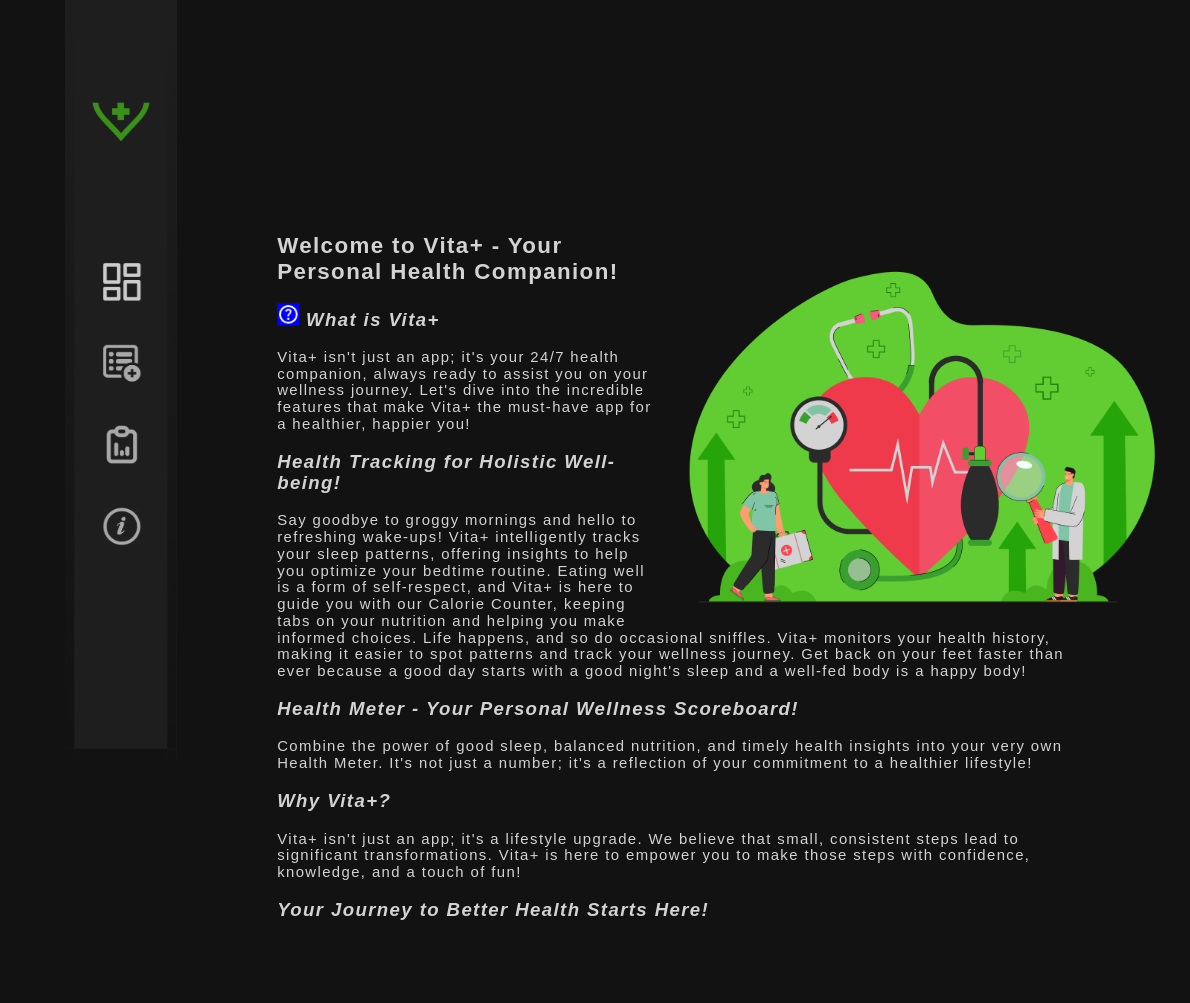
Repository: mhmd-bilal/health-analytics-dashboard
Page: http://localhost/project/info.jsp
These files come from the project's save history. The page is drawn as it stood at one moment and after the next save; the edit follows.
The browser window is 1280 px wide. The pictures show the whole page, at 93% of full size.
Some web fonts or font styles are not loaded; a fallback is used. Some web libraries are served in a nearby version. The page is served by Tomcat 10.

Above is the page before, as saved 2023-12-06 13:38:12.

After the next save:
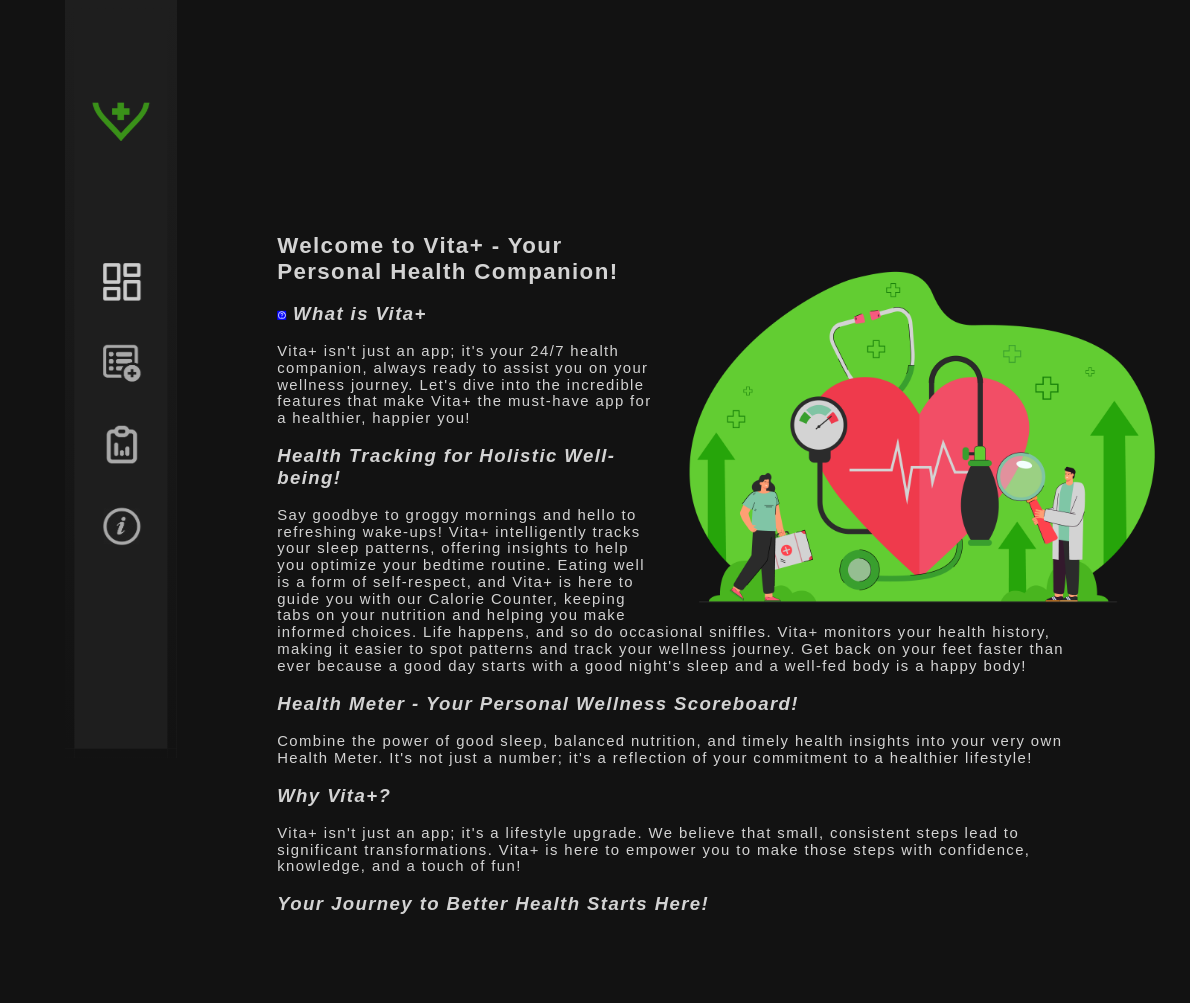
Saved 27 s later.
--- a/project/src/main/webapp/info.jsp
+++ b/project/src/main/webapp/info.jsp
@@ -68,7 +68,7 @@
   </div>
         <div style="width:70%;font-spacing:1px;margin-top:250px;" class="main">
                   <h2 style="font-weight: bolder;">Welcome to Vita+ - Your Personal Health Companion!</h2>
-<p style="font-weight: bold;font-style:italic;font-size: 20px;;"><img src="help.png" style="filter: invert(100%);background-color:yellow" > What is Vita+</p>
+<p style="font-weight: bold;font-style:italic;font-size: 20px;;"><img src="help.png" style="height:10px;filter: invert(100%);background-color:yellow" > What is Vita+</p>
 Vita+ isn't just an app; it's your 24/7 health companion, always ready to assist you on your wellness journey. Let's dive into the incredible features that make Vita+ the must-have app for a healthier, happier you!
 
 <p style="font-weight: bold;font-style:italic;font-size: 20px;">Health Tracking for Holistic Well-being!</p>
